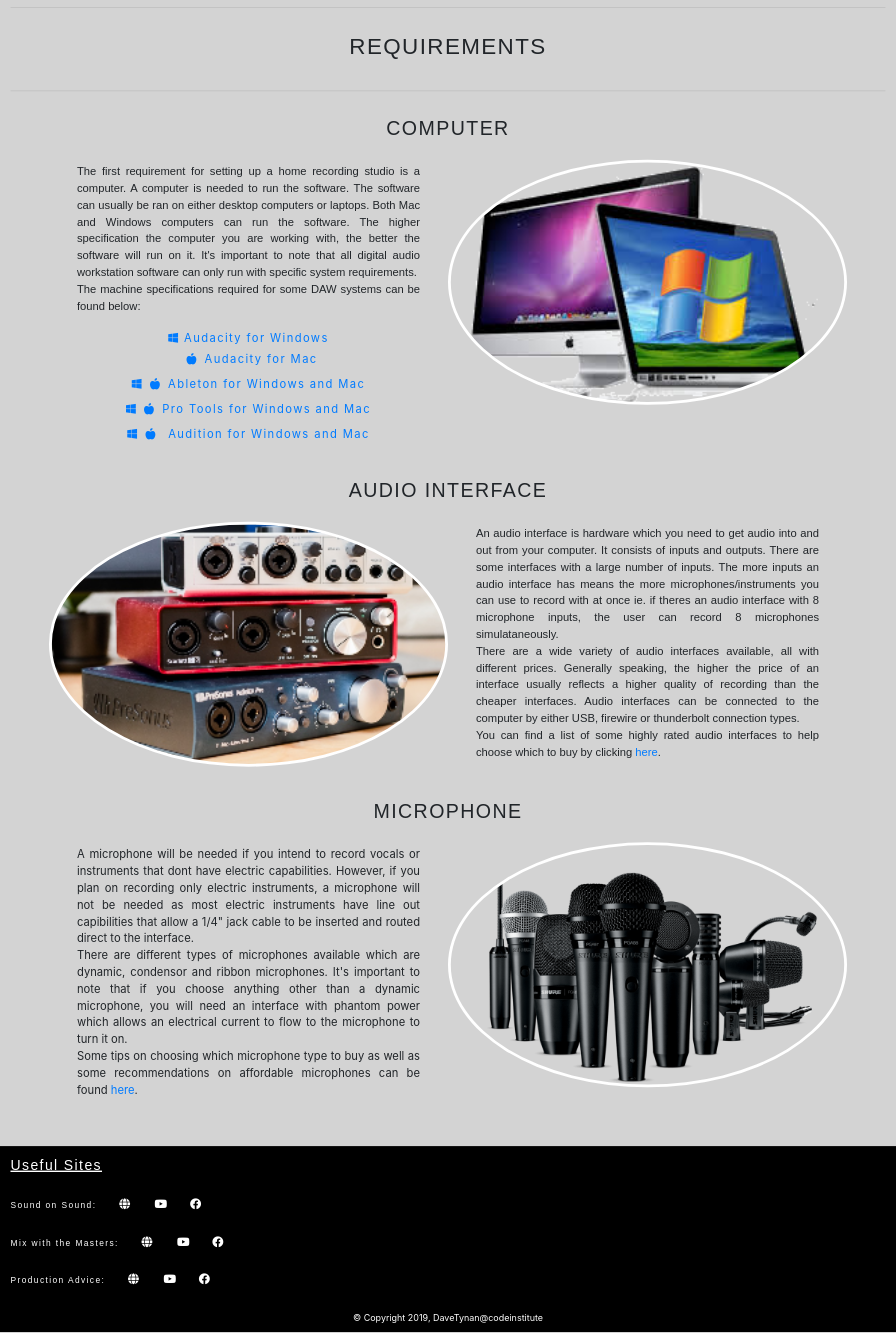
Repository: djjtyn/CIMilestoneProject1
Page: index.html
The author's editor kept a record of every edit. The page is drawn from the files as they stood at one moment, then again after the next edit.
The browser window is 1280 px wide. The pictures show the part of the page from y = 1285 to 3205 px (the page is 3189 px tall before and 3205 px after), at 70% of full size.
Some web libraries are served in a nearby version.

Above is the page before.
Console error (its wording comes from the project's code and is left out).

### index.html
<!DOCTYPE html>
<html lang="en">

<head>
  <meta charset="UTF-8">
  <meta name="viewport" content="width=device-width, initial-scale=1.0">
  <meta http-equiv="X-UA-Compatible" content="ie=edge">
  <link rel="stylesheet" href="https://stackpath.bootstrapcdn.com/bootstrap/4.3.1/css/bootstrap.min.css" integrity="sha384-ggOyR0iXCbMQv3Xipma34MD+dH/1fQ784/j6cY/iJTQUOhcWr7x9JvoRxT2MZw1T" crossorigin="anonymous">
  <link href="https://cdnjs.cloudflare.com/ajax/libs/font-awesome/5.9.0/css/all.min.css" rel="stylesheet">
  <link rel="stylesheet" href="css/style.css" type="text/css" />
  <title>DAW(HOME)</title>
</head>

<body>
  <nav class="navbar navbar-expand-md navbar-dark bg-dark fixed"><!--NAVIGATION BAR-->
    <div class="nav-brand">
      <i class="fas fa-headphones"></i>
    </div>
    <!--Button code taken from WhiskeyDrop code institute project-->
    <button class="navbar-toggler" type="button" data-toggle="collapse" data-target="#navbarResponsive" aria-hidden="true">
      <span class="navbar-toggler-icon"></span>
    </button>
    <div class="collapse navbar-collapse" id="navbarResponsive">
      <ul class="navbar-nav mr-auto">
        <li class="nav-item">
          <a class="nav-link active" href="index.html">Home</a>
        </li>
        <li class="nav-item">
          <a class="nav-link" href="eq.html">Equalization</a>
        </li>
        <li class="nav-item">
          <a class="nav-link" href="comlim.html">Compressor/ Limiter</a>
        </li>
      </ul>
    </div>
  </nav>
  <div class="no-gutters common-img "></div>
  <hr>
  <section class="container-fluid">
    <div class="row"><!--FIRST TEXT AREA-->
      <div class="col-12">
        <h1>Digital Audio Workstation (DAW)</h1>
      </div>
    </div>
    <hr>
    <div class="row">
      <div class="col-12 col-md-6 icons"><!--SOFTWARE ICONS-->
        <a href="https://www.avid.com/pro-tools/features" class="pro-tools" target="_blank">
        <img src="images/protools.jpg" height="140" width="270" alt="pro-tools-icon"/>
        </a>
        <a href="https://www.ableton.com/en/live/" class="ableton" target="_blank">
        <img src="images/ableton.jpg" height="140" width="270" alt="ableton-icon" />
        </a>
        <a href="https://www.audacityteam.org/about/features/" class="audacity" target="_blank">
        <img src="images/audacity.png" height="140" width="270" alt="audacity-icon" />
        </a>
        <a href="https://www.adobe.com/mena_en/products/audition/features._sl_id-contentfilter_sl_featuredisplaytypes_sl_all.html" class="audition" target="_blank">
        <img src="images/audition.jpg" height="140" width="270" alt="audition-icon"  />
        </a>
      </div>
<div class="col-12 col-md-6 icontxt">
  <p>The purpose of this site is to provide information for people interested in creating their own home recordings and the tools that are needed to enhance the audio quality on the recordings.</p>
  <p>A <b> Digital Audio Workstation (DAW)</b> is software used in the recording and post production of audio. They are used in many professional recording studios but can be set up easily enough for use in the comfort of your home.</p>
  <p>On this site, you will find the requirements needed to make use of one of these in addition to information on some commonly used tools found within every one of the digital audio workstation programmes available.</p>
  <p>There is many different digital audio workstation software available such as Pro Tools, Audacity, Ableton and Audition to name a few. You will find icons on this page for the four software programmes I have named. Each icon is a link, which upon clicking,
    will take you to a page containing some information on each individual software program and its various features.<br> Every one of these software programmes have their own strengths and weaknesses but all will work well with recording or improving
    audio quality for basic home recordings.</p>
  <p>Some of the software I have listed is free to download. The ones that cost to download will allow a free trial or allow scaled down version of the full program to be downloaded for free. All the tools mentioned on this website can be found in the free
    versions of whichever software you choose to download.</p>
  <p>There are a number of requirements neccessary to get started with using this software, which I have listed below.</p>
</div>
    </div>
    <hr>
    <div class="row">
      <div class="col-12">
        <h2>Requirements</h2>
      </div>
    </div>
    <hr>
    <div class="container">
      <div class="row comp"><!--REQUIREMENTS-COMPUTER-->
        <div class="col-12">
          <h3>Computer</h3>
        </div>
        <div class="col-12 col-md-6 comptxt">
          <p>The first requirement for setting up a home recording studio is a computer. A computer is needed to run the software. The software can usually be ran on either desktop computers or laptops. Both Mac and Windows computers can run the software.
            The higher specification the computer you are working with, the better the software will run on it. It's important to note that all digital audio workstation software can only run with specific system requirements. <br> The machine specifications
            required for some DAW systems can be found below:</p>
          <ul>
            <li><a href="https://www.audacityteam.org/download/windows/#sysreq" target="_blank"><i class="fab fa-windows"></i> Audacity for Windows</a></li>
            <li><a href="https://www.audacityteam.org/download/mac/" target="_blank"><i class="fas fa-apple-alt"></i>Audacity for Mac</a></li>
            <li><a href="https://help.ableton.com/hc/en-us/articles/115001663530-Live-10-Minimum-System-Requirements" target="_blank"><i class="fab fa-windows"></i><i class="fas fa-apple-alt"></i>Ableton for Windows and Mac</a></li>
            <li><a href="http://avid.force.com/pkb/articles/compatibility/Pro-Tools-System-Requirements" target="_blank"><i class="fab fa-windows"></i><i class="fas fa-apple-alt"></i>Pro Tools for Windows and Mac</a></li>
            <li><a href="https://helpx.adobe.com/ie/audition/system-requirements.html" target="_blank"><i class="fab fa-windows"></i><i class="fas fa-apple-alt"></i> Audition for Windows and Mac</a>
          </ul>
        </div>
        <div class="col-12 col-md-6 computer"></div>
      </div>
      <div class="row"><!--REQUIREMENTS-INTERFACE-->
        <div class="col-12">
          <h3>Audio Interface</h3>
        </div>
      </div>
      <div class="row int">
        <div class="col-12 col-md-6 interface"></div>
        <div class="col-12 col-md-6 interfacetxt">
          <p>An audio interface is hardware which you need to get audio into and out from your computer. It consists of inputs and outputs. There are some interfaces with a large number of inputs. The more inputs an audio interface has means the more microphones/instruments
            you can use to record with at once ie. if theres an audio interface with 8 microphone inputs, the user can record 8 microphones simulataneously.<br> There are a wide variety of audio interfaces available, all with different prices. Generally
            speaking, the higher the price of an interface usually reflects a higher quality of recording than the cheaper interfaces. Audio interfaces can be connected to the computer by either USB, firewire or thunderbolt connection types. <br> You
            can find a list of some highly rated audio interfaces to help choose which to buy by clicking <a href="https://www.sweetwater.com/insync/best-audio-interfaces-for-home-studio/" target="_blank">here</a>. </p>
        </div>
      </div>
      <div class="row"><!--REQUIREMENTS-MICROPHONE-->
        <div class="col-12">
          <h3>Microphone</h3>
        </div>
      </div>
      <div class="row">
        <div class="col-12 col-md-6 mictxt">
          A microphone will be needed if you intend to record vocals or instruments that dont have electric capabilities. However, if you plan on recording only electric instruments, a microphone will not be needed as most electric instruments have line out capibilities
          that allow a 1/4" jack cable to be inserted and routed direct to the interface.<br> There are different types of microphones available which are dynamic, condensor and ribbon microphones. It's important to note that if you choose anything
          other than a dynamic microphone, you will need an interface with phantom power which allows an electrical current to flow to the microphone to turn it on.<br> Some tips on choosing which microphone type to buy as well as some recommendations
          on affordable microphones can be found <a href="https://ledgernote.com/reviews/best-cheap-microphones/" target="_blank">here</a>.
        </div>
        <div class="col-12 col-md-6 microphone"></div>
      </div>
    </div>
  </section>
  <footer class="container-fluid links"><!--SOCIAL LINKS-->
    <h5 class="uppercase">Useful Sites</h5>
    <div class="sos">
      <h6>Sound on Sound:</h6>
      <a href="https://www.soundonsound.com/" target="_blank"> <i class="fas fa-globe"></i></a>
      <a href="https://www.youtube.com/channel/UCFw2zGrdiLLAwbNQra1vtnA" target="_blank"><i class="fab fa-youtube"></i></a>
      <a href="https://www.facebook.com/soundonsoundmag/" target="_blank"><i class="fab fa-facebook"></i></a>
    </div>
    <div class="mwthm">
      <h6>Mix with the Masters:</h6>
      <a href="https://mixwiththemasters.com/" target="_blank"><i class="fas fa-globe"></i></a>
      <a href="https://www.youtube.com/user/MixWithTheMASTERS" target="_blank"><i class="fab fa-youtube"></i></a>
      <a href="https://www.facebook.com/MixWithTheMasters/" target="_blank"><i class="fab fa-facebook"></i></a>
    </div>
    <div class="pa">
      <h6>Production Advice:</h6>
      <a href="https://productionadvice.co.uk/" target="_blank"><i class="fas fa-globe"></i></a>
      <a href="https://www.youtube.com/channel/UCMFrnWIF6N5YtOZzmCGP16A" target="_blank"><i class="fab fa-youtube"></i></a>
      <a href="https://www.facebook.com/ProductionAdvice/" target="_blank"><i class="fab fa-facebook"></i></a>
    </div>
    <div class="copy">
      <small>&copy; Copyright 2019, DaveTynan@codeinstitute</small>
    </div>
  </footer>
<script src="https://cdnjs.cloudflare.com/ajax/libs/jquery/3.2.1/jquery.min.js"></script>
<script src="https://cdnjs.cloudflare.com/ajax/libs/twitter-bootstrap/4.0.0-alpha.6/js/bootstrap.min.js"></script>
</body>


</html>

### css/style.css
h1, h2, h3 {
    text-align: center;
    font-family: Arial;
    padding:20px;
    letter-spacing: 2px;
    text-transform: uppercase;
}

p {font-family: Arial;
}

/*-------------------------------------------------NAVBAR---*/
nav {
    height: 70px;
    font-size: 20px;
    color: #fff;
}

.fa-headphones {
    padding-left: 15px;
    padding-right:15px;
    margin-right: 15px;
    font-size: 50px;
}

nav ul li {
    padding:15px;
    font-family: Arial;
    letter-spacing: 5px;
}

/*-------------------------------------------------COMMON IMG---*/
.common-img {
    height: 400px;
    background-image: url("../images/bg.jpg");
    background-size: cover;
    background-repeat: no-repeat;
    background-position: center;
   width: 100%;
}

/*-------------------------------------------------MAIN---*/
body {
    background-color: #d3d3d3;
}

.pro-tools, .ableton, .audacity, .audition {
    display: inline-block;
    padding: 2%;
}

.icons {
    float:left;
    width:300px;
    padding:10px;
    text-align:center;
}

.icontxt {
    padding-right:40px;
    padding-left:40px;
    text-align:justify;
}

/*-------------------------------------------------Requirements--*/
.comp ul {
    text-align:center;
    padding:5px;
    margin-bottom: 0;
}

.comp .fa-apple-alt {
    padding:10px;
}

.computer {
    height: 350px;
    background-image: url("../images/computer.png");
    background-size: cover;
    background-repeat: no-repeat;
    border:4px solid #fff;
    border-radius:50%;
    width: 300px;
    float:right;
    margin-top: 0;
}

.comptxt {
   padding:40px;
   text-align:justify;
   padding-top: 5px;
   padding-bottom: 5px;
}

.interface {
    height: 350px;
    background-image: url("../images/interface.jpg");
    background-size: cover;
    background-repeat: no-repeat;
    background-position:center;
    border:4px solid #fff;
    border-radius:50%;
    width: 300px;
    padding:10px;
}

.interfacetxt {
    padding:40px;
    text-align:justify;
    padding-top: 5px;
    padding-bottom: 5px;
}

.microphone {
    height: 350px;
    background-image: url("../images/microphones.png");
    background-size: cover;
    background-repeat: no-repeat;
    background-position:center;
    border:4px solid #fff;
    border-radius:50%;
    width: 300px;
    padding:10px;
}

.mictxt {
   padding:40px;
   padding-top: 5px;
   padding-bottom: 5px;
   text-align:justify;
}

.comp, .mic, .int {
    margin-bottom:15px;
}

ul {
    list-style: none;
    letter-spacing: 2px;
}

/*-------------------------------------------------FOOTER---*/
footer {
    background-color: #000;
    margin-top:5%;
}

h5 {
    font-family: Arial;
    color: #fff;
    letter-spacing: 2px;
    text-decoration: underline;
    font-weight: 300;
    padding: 5px;
}

h6 {
    font-family: Arial;
    letter-spacing: 2px;
    color: white;
    font-size: 12px;
    padding: 5px;
    display: inline-block;
}

.links a, .links {
    display: inline-block;
    padding: 10px;
}

footer i {
    height: 12px;
    width: 15px;
    color: #fff;
    padding: 8px;
    margin: 5px;
    transition-timing-function: ease-in-out;
    transition-duration: .5s;
}

.copy {
    color: #fff;
    text-align: center;
    margin-top: 20px;
}

footer .fa-facebook:hover {
  color: blue;
}

footer .fa-youtube:hover {
    color: red;
}

footer .fa-globe:hover {
    color:#228B22;
}

/*-------------------------------------------------EQ---*/
.eq {
    height: 400px;
    background-image: url("../images/clef.png");
    background-size: cover;
    background-repeat: no-repeat;
    background-position:center;
    border:1px solid #fff;
    border-radius:50%;
    padding:10px;
    float:left;
}

.eqtxt {
    padding:40px;
    text-align:justify;
    padding-top: 5px;
    padding-bottom: 5px;
 }

.oneband {
    height: 350px;
    background-image: url("../images/1band.png");
    background-size: contain;
    background-repeat: no-repeat;
    background-position:center;
    border:4px solid #fff;
    border-radius:50%;
    width: 300px;
    padding:10px;
}

.onebandtxt {
   padding:40px;
   text-align:justify;
   padding-top: 5px;
   padding-bottom: 5px;
}

.sevenband {
     height: 350px;
    background-image: url("../images/7band.jpg");
    background-size: contain;
    background-repeat: no-repeat;
    background-position:center;
    border:4px solid #fff;
    border-radius:50%;
    width: 300px;
    padding:10px;
}

.sevenbandtxt {
   padding:40px;
   text-align:justify;
   padding-top: 5px;
   padding-bottom: 5px;
}

/*-------------------------------------------------Compress/Limit---*/
.compresspic {
    height: 350px;
    background-image: url("../images/compressor.png");
    background-size: contain;
    background-repeat: no-repeat;
    background-position:center;
    border:4px solid #fff;
    border-radius:50%;
    padding:10px;
}

.compresstxt {
   padding:40px;
   text-align:justify;
   padding-top: 5px;
   padding-bottom: 5px;
}

iframe {
    margin-top: 5px;
}

.compresstxt ul li {
    list-style:disc;
    font-family: Arial;
    font-weight: lighter;
}

.limiter {
    height: 350px;

    background-image: url("../images/limiter.png");
    background-size: contain;
    background-repeat: no-repeat;
    background-position:center;
    border:4px solid #fff;
    border-radius:50%;
    padding:10px;
    float:
}

.limitertxt {
   padding:40px;
   text-align:justify;
   padding-top: 5px;
   padding-bottom: 5px;
}

After the next edit:
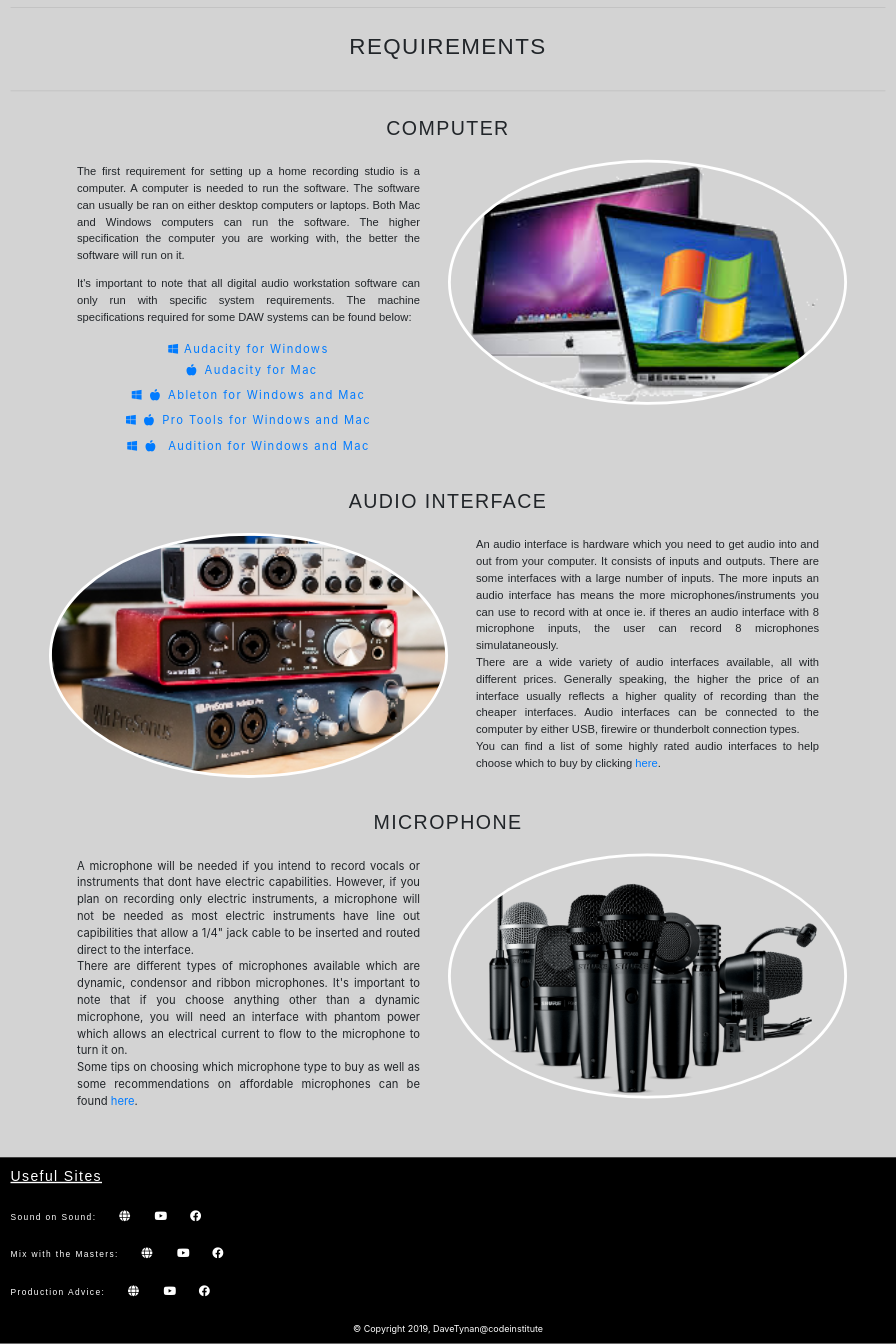
The edit:
--- a/index.html
+++ b/index.html
@@ -84,7 +84,8 @@
         </div>
         <div class="col-12 col-md-6 comptxt">
           <p>The first requirement for setting up a home recording studio is a computer. A computer is needed to run the software. The software can usually be ran on either desktop computers or laptops. Both Mac and Windows computers can run the software.
-            The higher specification the computer you are working with, the better the software will run on it. It's important to note that all digital audio workstation software can only run with specific system requirements. <br> The machine specifications
+            The higher specification the computer you are working with, the better the software will run on it.</p>
+            <p>It's important to note that all digital audio workstation software can only run with specific system requirements. The machine specifications
             required for some DAW systems can be found below:</p>
           <ul>
             <li><a href="https://www.audacityteam.org/download/windows/#sysreq" target="_blank"><i class="fab fa-windows"></i> Audacity for Windows</a></li>
